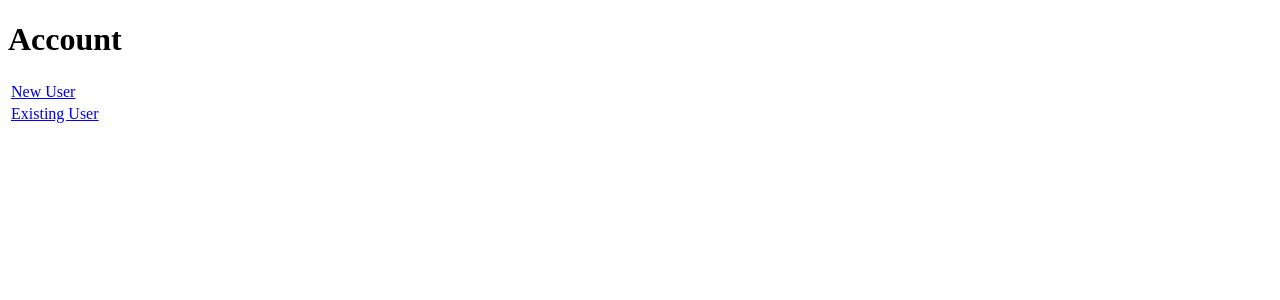
Repository: abigailCul/DistributedSystemsProject
Page: http://localhost/bookingClient/jsp/createbooking.jsp
An editor plug-in stored every save of this project. The page is shown before and after the next save, followed by the edit.
The browser window is 1280 px wide. The pictures show the whole page.
The page is served by Tomcat 9. Other server files are loaded and not shown.

Above is the page before, as saved 2018-12-10 15:35:01.

### WorkingProject/bookingClient/src/main/webapp/jsp/createbooking.jsp
<%@ page language="java" contentType="text/html; charset=ISO-8859-1"
	pageEncoding="ISO-8859-1"%>
<!DOCTYPE html>
<html>
<head>
<meta charset="ISO-8859-1">
<title>Create Booking</title>
</head>
<body>
	<h1>Account</h1>
	<table>
		<tr>
			<td><a href="/createAccount">New User</a></td>
		</tr>
		<tr>
			<td><a href="/existingUser">Existing User</a></td>
		</tr>

			</tr>
		</table>
</body>
</html>

After the next save:
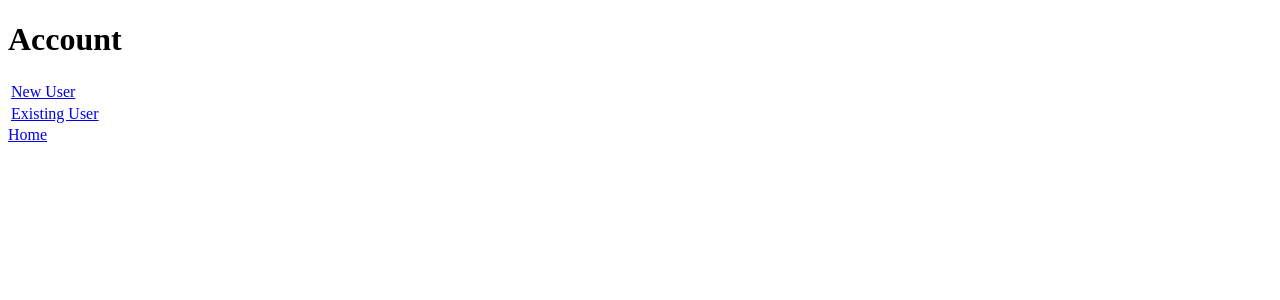
Saved 24 s later.
--- a/WorkingProject/bookingClient/src/main/webapp/jsp/createbooking.jsp
+++ b/WorkingProject/bookingClient/src/main/webapp/jsp/createbooking.jsp
@@ -18,5 +18,6 @@
 
 			</tr>
 		</table>
+		<a href="/">Home</a>
 </body>
 </html>
